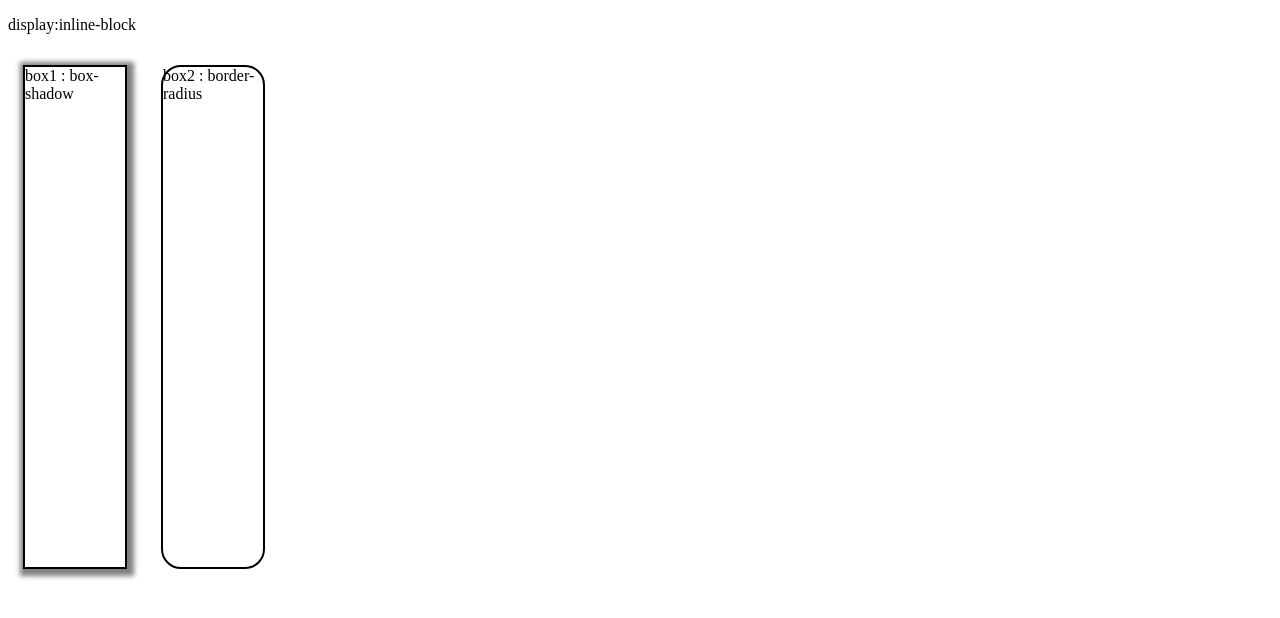
Repository: yeonddu/green_css
Page: web/pro01/songyeonsu/box-model.html
An editor plug-in stored every save of this project. The page is shown before and after the next save, followed by the edit.
The browser window is 1280 px wide. The pictures show the whole page.

Above is the page before, as saved 2022-12-13 07:52:59.

### web/pro01/songyeonsu/box-model.html
<!DOCTYPE html>
<html>
<head>
<meta charset="EUC-KR">
<title>Insert title here</title>
<style>

	div {
		display:inline-block;
		width:100px;
		height:500px;
		margin:15px;
	}
	.box1 {
		border:2px solid black;
		box-shadow:2px 2px 5px 5px gray;
	}
	.box2 {
		border:2px solid black;
		border-radius:20px;
	}
</style>
</head>
<body>
	<p>display:inline-block</p>
	<div class="box1">box1 : box-shadow</div>
	<div class="box2">box2 : border-radius</div>
</body>
</html>

After the next save:
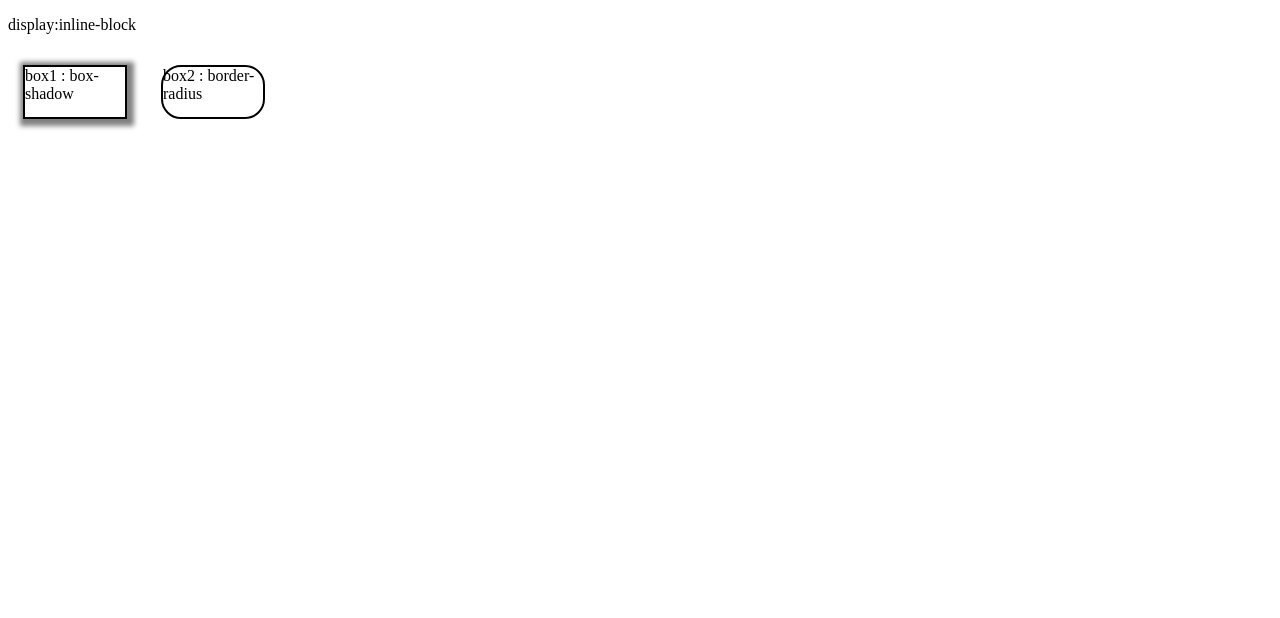
Saved 5 s later.
--- a/web/pro01/songyeonsu/box-model.html
+++ b/web/pro01/songyeonsu/box-model.html
@@ -8,7 +8,7 @@
 	div {
 		display:inline-block;
 		width:100px;
-		height:500px;
+		height:50px;
 		margin:15px;
 	}
 	.box1 {
